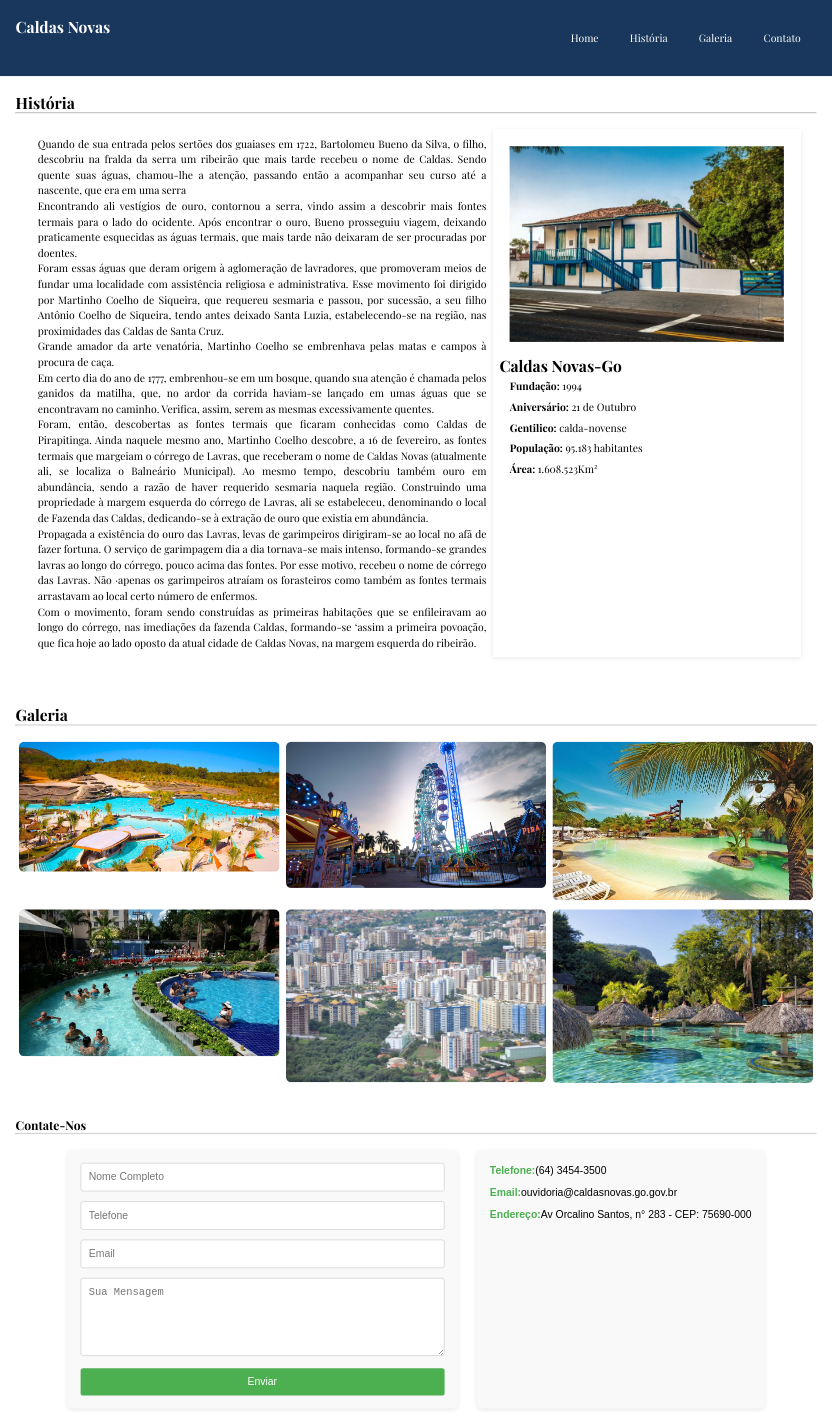
Repository: AbiezerSidonioJoseOdanacaJunior/DesafioLocalTuristico
Page: index.html
An editor plug-in stored every save of this project. The page is shown before and after the next save, followed by the edit.
The browser window is 1280 px wide. The pictures show the whole page, at 65% of full size.
Some web fonts or font styles are not loaded; a fallback is used.

Above is the page before, as saved 2024-11-11 18:27:31.

After the next save:
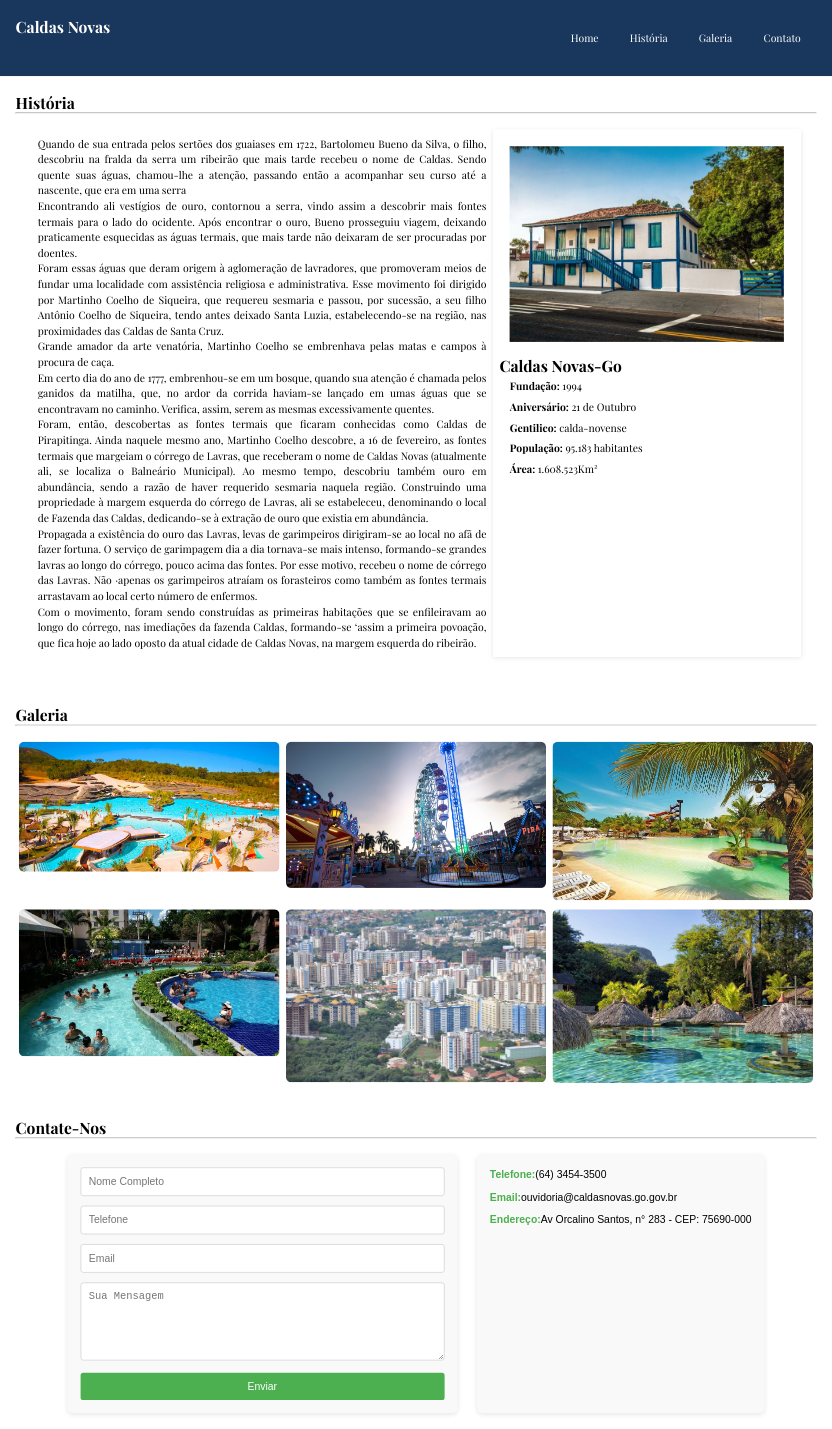
Saved 27 s later.
--- a/index.html
+++ b/index.html
@@ -72,7 +72,7 @@
             </div>
             </section>
             <section id="contact">
-                <h3>Contate-Nos</h3>
+                <h2>Contate-Nos</h2>
                 <hr>
                 <div id="contatos">
                     <div id="formm">
